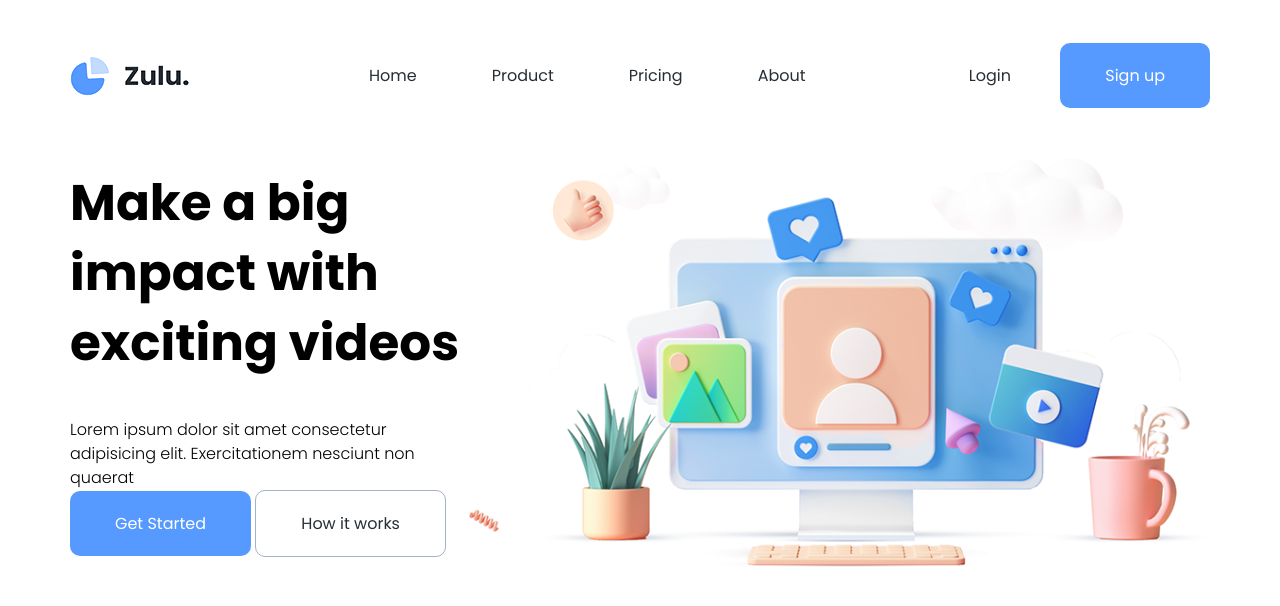
Repository: baodien1405/zulu-landing-page
Page: index.html
These files come from the project's save history. The page is drawn as it stood at one moment and after the next save; the edit follows.
The browser window is 1280 px wide. The pictures show the whole page.
The style sheet was rebuilt from its Sass, Less or Tailwind sources for each picture, by a compiler version that may differ from the author's.

Above is the page before, as saved 2021-06-22 15:50:25.

### index.html
<!DOCTYPE html>
<html lang="en">
<head>
  <meta charset="UTF-8">
  <meta http-equiv="X-UA-Compatible" content="IE=edge">
  <meta name="viewport" content="width=device-width, initial-scale=1.0">
  <link rel="preconnect" href="https://fonts.gstatic.com">
  <link href="https://fonts.googleapis.com/css2?family=Poppins:wght@300;400;600;700&display=swap" rel="stylesheet">
  <link rel="stylesheet" href="./styles.css">
  <title>Zulu</title>
</head>
<body>
  <div class="wrapper">
    <div class="container">
      <header class="header">
        <a href="index.html" class="header-logo">
          <img src="/images/logo.png" alt="" class="header-logo-image">
        </a>
        <ul class="header-menu">
          <li class="header-menu-item">
            <a href="#" class="header-menu-link">Home</a>
          </li>
          <li class="header-menu-item">
            <a href="#" class="header-menu-link">Product</a>
          </li>
          <li class="header-menu-item">
            <a href="#" class="header-menu-link">Pricing</a>
          </li>
          <li class="header-menu-item">
            <a href="#" class="header-menu-link">About</a>
          </li>
        </ul>
        <div class="header-auth">
          <a href="#" class="button">Login</a>
          <a href="#" class="button button--primary">Sign up</a>
        </div>
      </header>

      <section class="banner">
        <div class="banner-info">
          <h1 class="banner-heading">
            Make a big impact with exciting videos
          </h1>
          <p class="banner-desc">
            Lorem ipsum dolor sit amet consectetur adipisicing elit. Exercitationem nesciunt non quaerat
          </p>
          <div class="banner-links">
            <a href="#" class="button button--primary">Get Started</a>
            <a href="#" class="button button--outline">How it works</a>
          </div>
        </div>
        <img src="./images/img1.png" alt="" class="banner-image">
      </section>
    </div>
  </div>
</body>
</html>

### styles.scss
@import "variables";
@import "global";
@import "header";
@import "banner";

### _variables.scss
$gray-dark: #272e35;
$gray-blur: #a5b2c3;
$primary-color: #579aff;

### _global.scss
* {
  margin: 0;
  padding: 0;
  box-sizing: border-box;
}

body {
  overflow-x: hidden;
}

img {
  display: block;
  max-width: 100%;
}

a {
  text-decoration: none;
}

body {
  font-family: "Poppins", sans-serif;
  font-size: 16px;
  line-height: 1;
  background-color: #fff;
}

.wrapper {
  max-width: 1440px;
  margin: 0 auto;
}

.container {
  max-width: 1170px;
  padding: 0 15px;
  margin: 0 auto;
}

.button {
  display: inline-block;
  font-size: 16px;
  padding: 20px 45px;
  color: $gray-dark;
  background-color: transparent;
  border-radius: 10px;
  line-height: normal;
  &--primary {
    color: #fff;
    background-color: $primary-color;
  }
  &--outline {
    border: 1px solid $gray-blur;
  }
}

### _header.scss
.header {
  padding-top: 43px;
  display: flex;
  align-items: center;

  &-logo {
    display: block;
    margin-right: 180px;
  }

  &-menu {
    display: flex;
    align-items: center;
    list-style: none;

    &-item:not(:first-child) {
      margin-left: 75px;
    }

    &-link {
      color: $gray-dark;
      transition: color 0.2s ease-in-out;
      &:hover {
        color: $primary-color;
      }
    }
  }

  &-auth {
    margin-left: auto;
  }
}

### _banner.scss
.banner {
  display: flex;
  align-items: center;
  padding-top: 50px;

  &-info {
    width: 35%;
  }

  &-image {
    width: 65%;
  }

  &-heading {
    font-size: 50px;
    line-height: 1.4;
    margin-bottom: 40px;
  }

  &-desc {
    font-weight: 300;
    line-height: 1.5;
  }
}

After the next save:
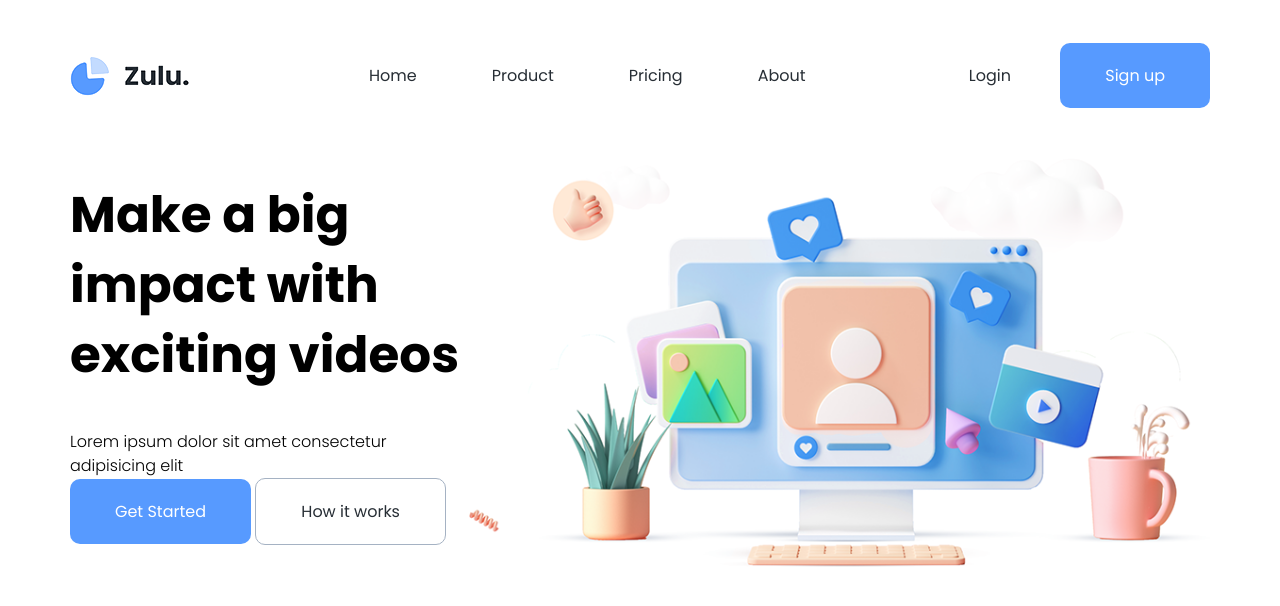
Saved 9 s later.
--- a/index.html
+++ b/index.html
@@ -42,7 +42,7 @@
             Make a big impact with exciting videos
           </h1>
           <p class="banner-desc">
-            Lorem ipsum dolor sit amet consectetur adipisicing elit. Exercitationem nesciunt non quaerat
+            Lorem ipsum dolor sit amet consectetur adipisicing elit
           </p>
           <div class="banner-links">
             <a href="#" class="button button--primary">Get Started</a>
